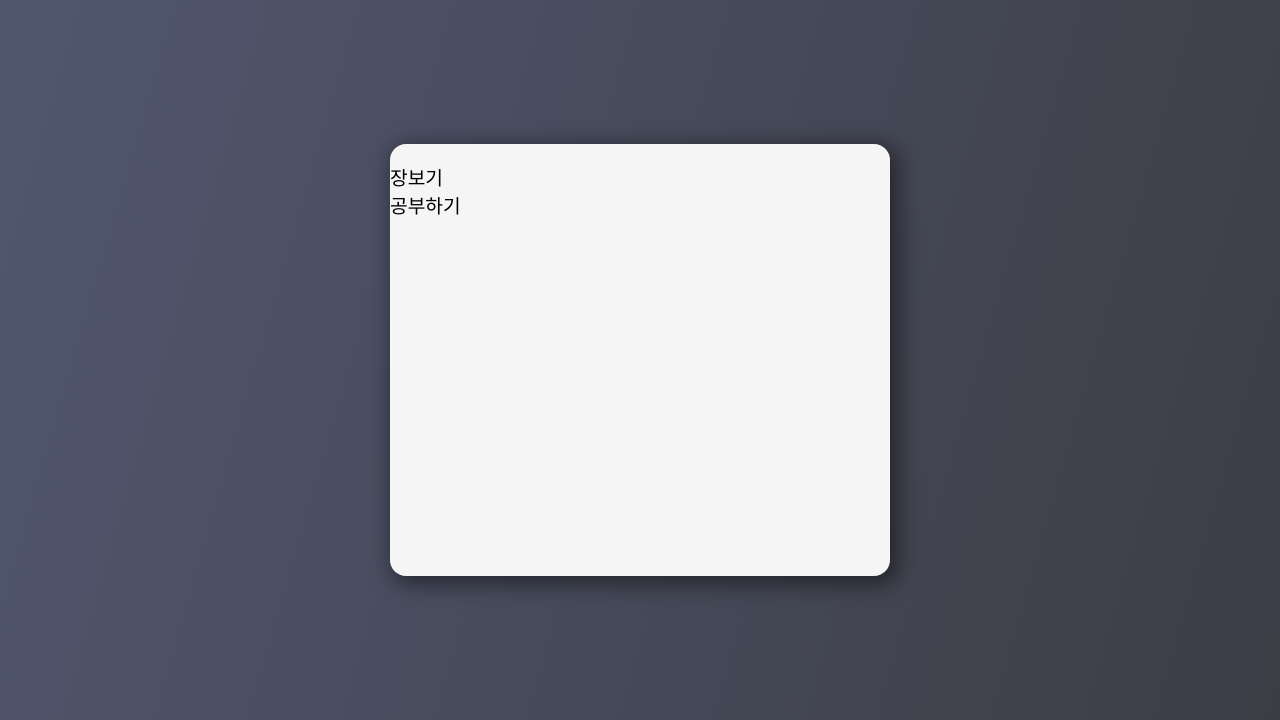
Repository: tjgus22/new_todo
Page: /
These files come from the project's save history. The page is drawn as it stood at one moment and after the next save; the edit follows.
The browser window is 1280 px wide. The pictures show the whole page.
The project was rebuilt for these pictures with package versions that can differ from the ones it lists, and the page was loaded fresh each time.

Above is the page before, as saved 2024-08-10 03:16:53.

### src/index.css
:root {
  --color-bg-dark: #f5f5f5;
  --color-bg: #fdfffd;
  --color-grey: #d1d1d1;
  --color-text: #22243b;
  --color-accent: #f16e03;
  --color-white: white;
  --color-scrollbar: #aaa7a7;
}

html.dark {
  --color-bg-dark: #1a1c35;
  --color-bg: #22243b;
  --color-grey: #4e4e4e;
  --color-text: #fdfffd;
}

body {
  margin: 0;
  font-family: -apple-system, BlinkMacSystemFont, 'Segoe UI', 'Roboto', 'Oxygen',
    'Ubuntu', 'Cantarell', 'Fira Sans', 'Droid Sans', 'Helvetica Neue',
    sans-serif;
  -webkit-font-smoothing: antialiased;
  -moz-osx-font-smoothing: grayscale;
  width: 100vw;
  height: 100vh;
  display: flex;
  justify-content: center;
  align-items: center;
  font-size: 1.2rem;
  accent-color: var(--color-accent);
  background: rgb(81, 87, 111);
  background: linear-gradient(
    106deg,
    rgba(81, 87, 111, 1) 0%,
    rgba(60, 61, 69, 1) 100%
  );
}

#root {
  width: 100%;
  height: 60%;
  max-width: 500px;
  background-color: var(--color-bg-dark);
  overflow: hidden;
  border-radius: 1rem;
  display: flex;
  flex-direction: column;
  -webkit-box-shadow: 5px 5px 21px 4px rgba(0, 0, 0, 0.45);
  box-shadow: 5px 5px 21px 4px rgba(0, 0, 0, 0.45);
}

code {
  font-family: source-code-pro, Menlo, Monaco, Consolas, 'Courier New',
    monospace;
}

* {
  box-sizing: border-box;
}

ul {
  list-style: none;
  padding-left: 0;
}

button {
  outline: none;
  border: none;
}

::-webkit-scrollbar {
  width: 0.5rem;
}

::-webkit-scrollbar-track {
  background-color: var(--color-bg-dark);
}

::-webkit-scrollbar-thumb {
  background-color: var(--color-scrollbar);
}

::-webkit-scrollbar-thumb:hover {
  background-color: var(--color-accent);
}

### src/App.js
import './App.css';
import TodoList from './components/TodoList/TodoList';

function App() {
  return (
    <>
      <TodoList />
    </>
  );
}

export default App;

### src/components/TodoList/TodoList.jsx
import React, { useState } from 'react';

export default function TodoList() {
  const [todos, setTodos] = useState([
    { id: '123', text: '장보기', status: 'active' },
    { id: '124', text: '공부하기', status: 'active' },
  ]);

  return (
    <section>
      <ul>
        {todos.map((item) => (
          <li key={item.id}>{item.text}</li>
        ))}
      </ul>
    </section>
  );
}

Loaded but not shown: public/index.html (common file); src/index.js (common file); src/reportWebVitals.js (common file); src/App.css (no stored copy; drawn as an empty file)

After the next save:
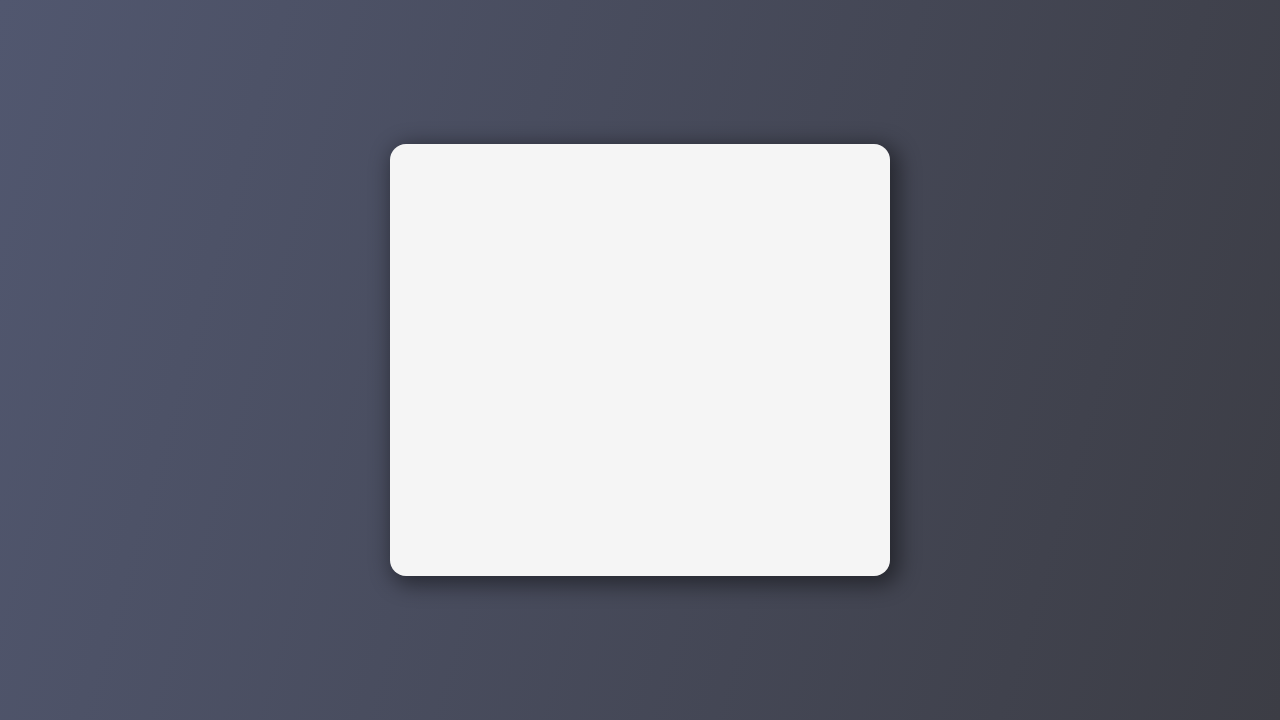
Saved 8 min 16 s later.
--- a/src/components/TodoList/TodoList.jsx
+++ b/src/components/TodoList/TodoList.jsx
@@ -1,18 +1,9 @@
 import React, { useState } from 'react';
 
 export default function TodoList() {
-  const [todos, setTodos] = useState([
-    { id: '123', text: '장보기', status: 'active' },
-    { id: '124', text: '공부하기', status: 'active' },
+  const { todos, setTodos } = useState([
+    { id: 123, text: '장보기', status: 'active' },
+    { id: 456, text: '공부하기', status: 'active' },
   ]);
-
-  return (
-    <section>
-      <ul>
-        {todos.map((item) => (
-          <li key={item.id}>{item.text}</li>
-        ))}
-      </ul>
-    </section>
-  );
+  return <div></div>;
 }
